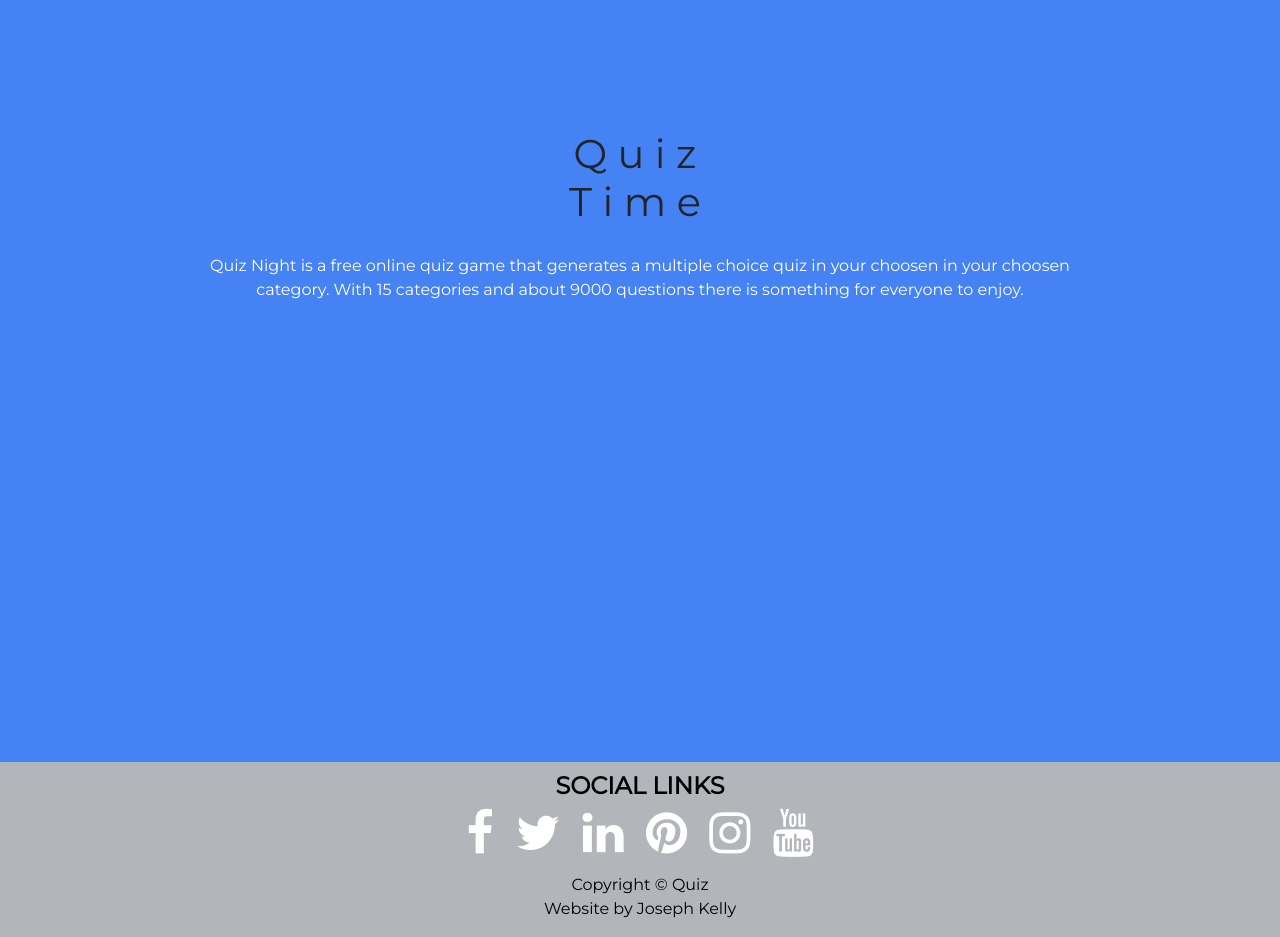
Repository: Code-Institute-Submissions/quiz-1
Page: index.html
The author's editor kept a record of every edit. The page is drawn from the files as they stood at one moment, then again after the next edit.
The browser window is 1280 px wide. The pictures show the whole page.

Above is the page before.

### index.html
<!DOCTYPE html>
<html lang="en">

<head>
    <meta charset="UTF-8">
    <meta name="viewport" content="width=device-width, initial-scale=1.0">
    <meta http-equiv="X-UA-Compatible" content="ie=edge">
    <link rel="stylesheet" href="https://stackpath.bootstrapcdn.com/bootstrap/4.4.1/css/bootstrap.min.css" type="text/css" />
    <link rel="stylesheet" href="https://stackpath.bootstrapcdn.com/font-awesome/4.7.0/css/font-awesome.min.css" type="text/css" />
    <link href="https://fonts.googleapis.com/css2?family=Montserrat&display=swap" rel="stylesheet">
    <link rel="stylesheet" href="assets/css/style.css" type="text/css" />
    <title>Quiz</title>
</head>

<body>
    <div class="container-fluid home">
        <div class="row container-fluid quiz-time">
            <div class="col-xs-12">
                <h1>
                    <span>Q</span>
                    <span>u</span>
                    <span>i</span>
                    <span>z</span>
                    <br>
                    <span>T</span>
                    <span>i</span>
                    <span>m</span>
                    <span>e</span>
                </h1>
            </div>
        </div>
        <div class="container-fluid">
            <div class="row">
                <div class="col-xs-12 info">
                    <p>Quiz Night is a free online quiz game that generates a multiple choice quiz in your choosen in your choosen category. With 15 categories and about 9000 questions there is something for everyone to enjoy. </p>
                </div>
            </div>
        </div>
    </div>

    <footer class="container-fluid">
        <div id="footer-details" class="row">
            <div class="col-sm">
                <h4 class="uppercase footer-info">Social Links</h4>
                <ul class="list-inline social-links">
                    <li class="list-inline-item">
                        <a target="_blank" href="#">
                            <i class="fa fa-facebook fa-3x" aria-hidden="true"></i>
                            <span class="sr-only">Facebook</span>
                        </a>
                    </li>
                    <li class="list-inline-item">
                        <a target="_blank" href="#">
                            <i class="fa fa-twitter fa-3x" aria-hidden="true"></i>
                            <span class="sr-only">Twitter</span>
                        </a>
                    </li>
                    <li class="list-inline-item">
                        <a target="_blank" href="#">
                            <i class="fa fa-linkedin fa-3x" aria-hidden="true"></i>
                            <span class="sr-only">LinkedIn</span>
                        </a>
                    </li>
                    <li class="list-inline-item">
                        <a target="_blank" href="#">
                            <i class="fa fa-pinterest fa-3x" aria-hidden="true"></i>
                            <span class="sr-only">pinterest</span>
                        </a>
                    </li>
                    <li class="list-inline-item">
                        <a target="_blank" href="#">
                            <i class="fa fa-instagram fa-3x" aria-hidden="true"></i>
                            <span class="sr-only">Instagram</span>
                        </a>
                    </li>
                    <li class="list-inline-item">
                        <a target="_blank" href="#">
                            <i class="fa fa-youtube fa-3x" aria-hidden="true"></i>
                            <span class="sr-only">Youtube</span>
                        </a>
                    </li>
                </ul>
                <div class="copyright">
                    <p>Copyright &#169; Quiz<br>Website by Joseph Kelly</p>
                </div>
            </div>
        </div>
    </footer>
</body>

### assets/css/style.css
body {
  font-family: 'Montserrat', sans-serif;
}

a {
  color: white;
  text-decoration: none !important;
}

/* Unvisited link  */

a:visited {
  color: white;
}

/* Visited link    */

a:hover {
  color: white;
}

/* Mouse over link */

a:active {
  color: white;
}

/*--------------------------- home --------------- */

.home {
  background-color: #4582F4;
  height: 782px;
}

.background-load {
  background-color: #4582F4;
  height: 762px;
}

.background-quiz {
  background-color: #4582F4;
  height: 800px;
}

.background-leaderboard {
  background-color: #4582F4;
  height: 762px;
}

.info {
  font-family: 'Montserrat', sans-serif;
  text-align: center;
  padding-top: 40px;
  width: 70%;
  margin: auto;
  color: white;
}

.load {
  display: flex;
  justify-content: center;
  align-items: center;
  padding-top: 40px;
  padding-bottom: 40px;
}

.load-button {
  background-color: #1D2129;
  text-decoration: none;
  color: #fafafa;
  padding: 10px;
  border-radius: 5px;
}

/*--------------------------- animation --------------- */

.quiz-time {
  text-align: center;
  padding-top: 150px;
  width: 100vw;
  font-family: 'Montserrat', sans-serif;
  display: flex;
  justify-content: center;
  align-items: center;
  margin: -20px;
}

.animation span {
  position: relative;
  top: 20px;
  display: inline-block;
  -webkit-animation: bounce 0.3s ease infinite alternate;
  font-size: 100px;
  color: #fff;
  text-shadow: 0 1px 0 #ccc, 0 2px 0 #ccc, 0 3px 0 #ccc, 0 4px 0 #ccc,
  0 5px 0 #ccc, 0 6px 0 transparent, 0 7px 0 transparent, 0 8px 0 transparent,
  0 9px 0 transparent, 0 10px 10px rgba(0, 0, 0, 0.4);
}

.animation span:nth-child(2) {
  -webkit-animation-delay: 0.1s;
}

.animation span:nth-child(3) {
  -webkit-animation-delay: 0.2s;
}

.animation span:nth-child(4) {
  -webkit-animation-delay: 0.3s;
}

.animation span:nth-child(5) {
  -webkit-animation-delay: 0.4s;
}

.animation span:nth-child(6) {
  -webkit-animation-delay: 0.5s;
}

.animation span:nth-child(7) {
  -webkit-animation-delay: 0.6s;
}

.animation span:nth-child(8) {
  -webkit-animation-delay: 0.2s;
}

.animation span:nth-child(9) {
  -webkit-animation-delay: 0.3s;
}

.animation span:nth-child(10) {
  -webkit-animation-delay: 0.4s;
}

.animation span:nth-child(11) {
  -webkit-animation-delay: 0.5s;
}

.animation span:nth-child(12) {
  -webkit-animation-delay: 0.6s;
}

.animation span:nth-child(13) {
  -webkit-animation-delay: 0.7s;
}

.animation span:nth-child(14) {
  -webkit-animation-delay: 0.8s;
}

/* ANIMATION */

@-webkit-keyframes bounce {
  100% {
    top: -20px;
    text-shadow: 0 1px 0 #ccc, 0 2px 0 #ccc, 0 3px 0 #ccc, 0 4px 0 #ccc,
    0 5px 0 #ccc, 0 6px 0 #ccc, 0 7px 0 #ccc, 0 8px 0 #ccc, 0 9px 0 #ccc,
    0 50px 25px rgba(0, 0, 0, 0.2);
  }
}

/*--------------------------- footer --------------- */

footer {
  color: #fafafa;
  padding-top: 10px;
  background-color: #B2B5B9;
  display: inline-block;
  position: relative;

}

.footer-info {
  font-weight: bold;
  text-align: center;
  color: #000000;
}

.list-inline-item {
  margin-left: 10px;
  margin-right: 10px;
}

.uppercase {
  text-transform: uppercase;
}

.social-links {
  text-align: center;
  color: #000000;
}

.copyright {
  text-align: center;
  color: #000000;
}

#icon {
  color: blue;
}

/*--------------------------- Quiz Loading --------------- */

.prompt {
  text-align: center;
  color: #fafafa;
  margin-bottom: 0;
  padding-top: 10px;
}

.start-button {
  background-color: #1D2129;
  text-decoration: none;
  color: #fafafa;
  padding: 10px;
  border-radius: 5px;
}

.option-select {
  display: block;
  margin-right: auto;
  margin-left: auto;
  padding-top: 200px;
}

::placeholder {
  color: white;
  padding-left: 15px;
  font-size: 20px;
}

.username {
  width: 40%;
  display: block;
  margin-left: auto;
  margin-right: auto;
  height: 50px;
  color: white;
  font-size: 20px;
  background-color: #000000;
  border: solid 1px;
  border-radius: 10px;
  border-color: white;
}

.box select {
  background-color: #000000;
  margin-left: auto;
  margin-right: auto;
  color: white;
  padding: 12px;
  width: 40%;
  border: solid 1px;
  border-radius: 10px;
  font-size: 20px;
  box-shadow: 0 5px 25px rgba(0, 0, 0, 0.2);
  -webkit-appearance: button;
  appearance: button;
  outline: none;
  display: block;
}



.box:hover::before {
  color: rgba(255, 255, 255, 0.6);
  background-color: rgba(255, 255, 255, 0.2);
}



/*--------------------------- timer --------------- */

.countdown {
  margin: 0 auto;
  max-width: 350px;
  background: #ff0000;
  font-family: Impact, Charcoal, sans-serif;
  text-align: center;
}

.countdown .header {
  color: #c61d1d;
  text-align: center;
  font-weight: normal;
  margin: 5px 0 10px 0;
}

.countdown .square {
  display: inline-block;
  padding: 10px;
  margin: 5px;
}

.countdown .digits {
  font-size: 24px;
  background: #fff;
  color: #000;
  padding: 20px 10px;
  border-radius: 5px;
}

.countdown .text {
  margin-top: 10px;
  color: #ddd;
}

/*--------------------------- quiz page --------------- */

.finish {
  width: 30%;
  margin-left: auto;
  margin-right: auto;
  display: block;
  text-align: center;
}

.image-display {
  margin-bottom: 20px;
  height: auto;
}


.btn {
  color: #000000;
}

.mute-button {
  margin-top: 20px;
  float: right;
}

.countdown-quiz {
  margin: 0 auto;
  max-width: 350px;
  background: #ff0000;
  font-family: Impact, Charcoal, sans-serif;
  text-align: center;
  clear: both;
}

.countdown-quiz .header {
  color: #c61d1d;
  text-align: center;
  font-weight: normal;
  margin: 5px 0 10px 0;
}

.countdown-quiz .square {
  display: inline-block;
  padding: 10px;
  margin: 5px;
}

.countdown-quiz .digits {
  font-size: 24px;
  background: #fff;
  color: #000;
  padding: 20px 10px;
  border-radius: 5px;
}

.countdown-quiz .text {
  margin-top: 10px;
  color: #ddd;
}

.carousel-item {
  height: auto;
}

#question-1,
#question-2,
#question-3,
#question-4,
#question-5,
#question-6,
#question-7,
#question-8,
#question-9,
#question-10,
#question-11,
#question-12,
#question-13,
#question-14,
#question-15,
#question-16,
#question-17,
#question-18,
#question-19,
#question-20 {
  padding-top: 20px;
  text-align: center;
}

#answers-1,
#answers-2,
#answers-3,
#answers-4,
#answers-5,
#answers-6,
#answers-7,
#answers-8,
#answers-9,
#answers-10,
#answers-11,
#answers-12,
#answers-13,
#answers-14,
#answers-15,
#answers-16,
#answers-17,
#answers-18,
#answers-19,
#answers-20 {
  padding-top: 20px;
  text-align: center;
  margin: auto;
  width: 70%;
}



/*--------------------------- Leaderboard page --------------- */

.leaderboard-title {
  text-align: center;
  padding-top: 30px;
  width: 100%;
  margin-left: auto;
  margin-right: auto;
  font-weight: bold;
  padding-top: 150px;
}

.modal-title {
  text-align: center;
}

table {
  margin-top: 40px;
  margin-left: auto;
  margin-right: auto;
  width: 70%;
}

table,
th,
td {
  border: solid 1px black;
  background-color: white;
  text-align: center;
  width: 30%;
}

.modal-heading {
  text-align: center;
  margin-top: 8px;
  border-bottom: solid 1px;
}

.modal-form {
  text-align: center;
  margin-top: 8px;
  margin-bottom: 8px;

}

#scorePercentRound {
  text-align: center;
  margin-top: 8px;
}

#saveScoreBtn {
  background-color: #000000;
  color: white;
}

#footer-btns {
  text-align: center;
  margin-top: 10px;
  margin-bottom: 20px;
}

After the next edit:
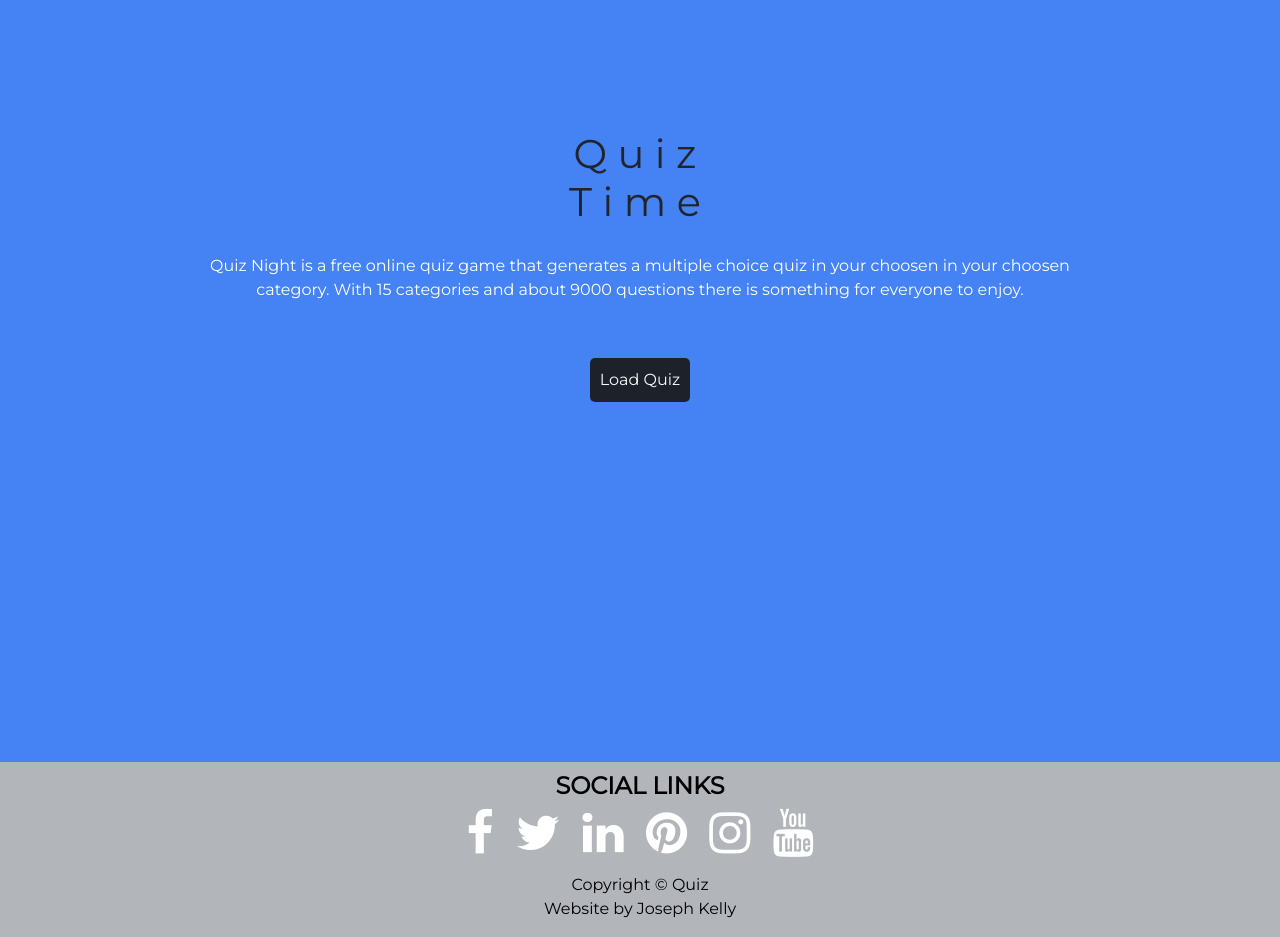
The edit:
--- a/index.html
+++ b/index.html
@@ -35,6 +35,9 @@
                     <p>Quiz Night is a free online quiz game that generates a multiple choice quiz in your choosen in your choosen category. With 15 categories and about 9000 questions there is something for everyone to enjoy. </p>
                 </div>
             </div>
+        </div>
+        <div class="container-fluid load">
+            <a href="load.html" class="load-button">Load Quiz</a>
         </div>
     </div>
 
